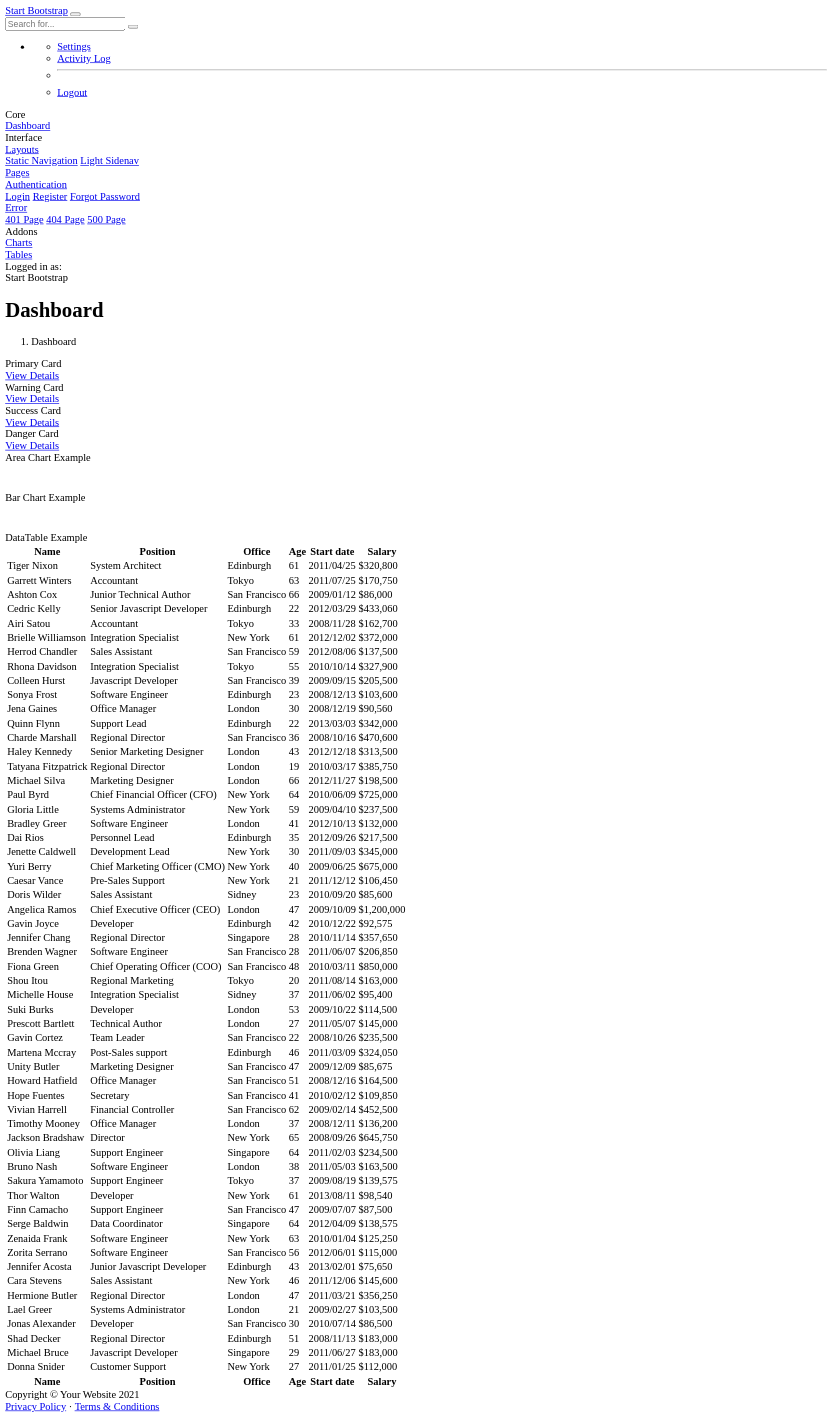
Repository: kubon9xhd/SpringMVC
Page: http://localhost/spring-mvc/WEB-INF/views/admin/home.jsp
An editor plug-in stored every save of this project. The page is shown before and after the next save, followed by the edit.
The browser window is 1280 px wide. The pictures show the whole page, at 65% of full size.
The page is served by Tomcat 9. Nobody is signed in. The template is opened directly, without the code that normally fills it, so the values that code supplies are empty.

Above is the page before, as saved 2021-06-05 14:20:59.

After the next save:
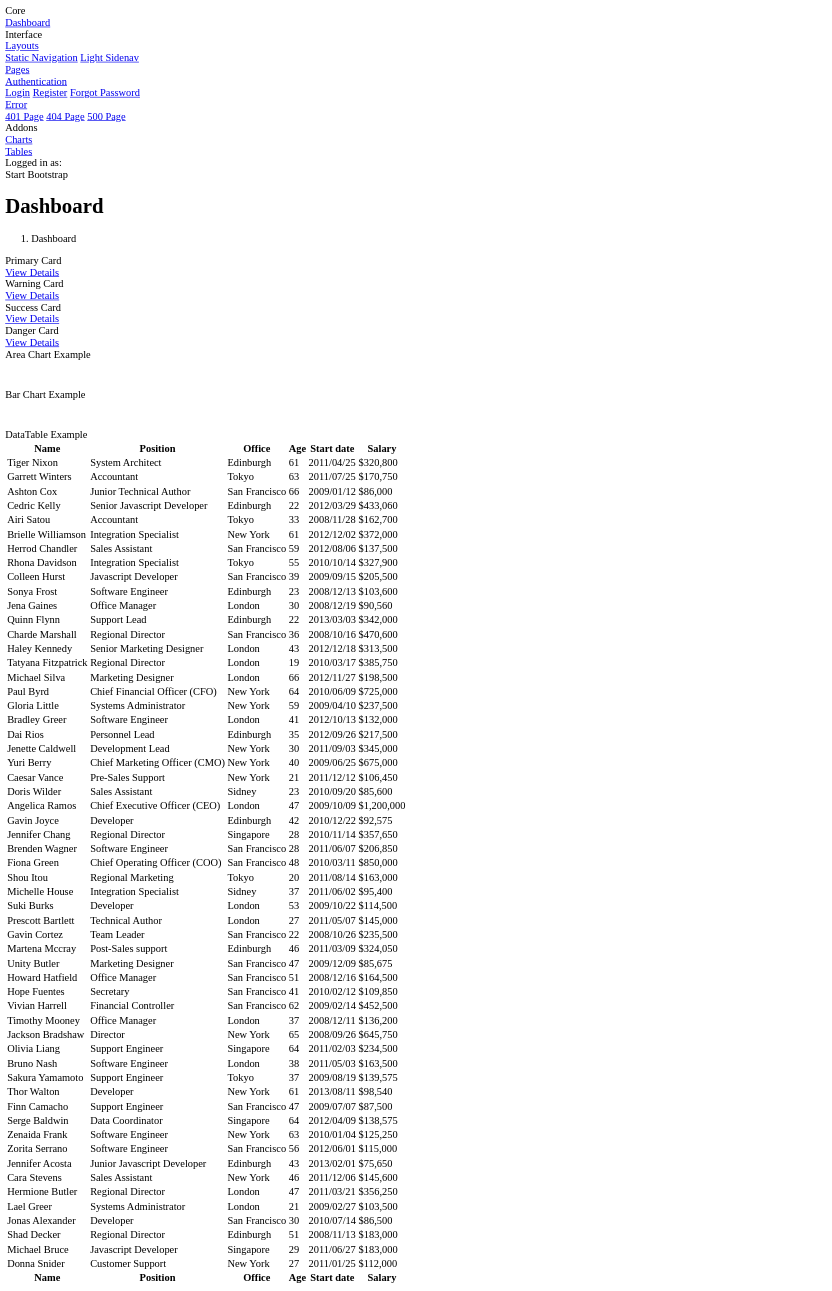
Saved 53 s later.
--- a/spring-mvc/src/main/webapp/WEB-INF/views/admin/home.jsp
+++ b/spring-mvc/src/main/webapp/WEB-INF/views/admin/home.jsp
@@ -13,40 +13,6 @@
 </head>
 
 <body>
-	<nav class="sb-topnav navbar navbar-expand navbar-dark bg-dark">
-		<!-- Navbar Brand-->
-		<a class="navbar-brand ps-3" href="index.html">Start Bootstrap</a>
-		<!-- Sidebar Toggle-->
-		<button class="btn btn-link btn-sm order-1 order-lg-0 me-4 me-lg-0"
-			id="sidebarToggle" href="#!">
-			<i class="fas fa-bars"></i>
-		</button>
-		<!-- Navbar Search-->
-		<form
-			class="d-none d-md-inline-block form-inline ms-auto me-0 me-md-3 my-2 my-md-0">
-			<div class="input-group">
-				<input class="form-control" type="text" placeholder="Search for..."
-					aria-label="Search for..." aria-describedby="btnNavbarSearch" />
-				<button class="btn btn-primary" id="btnNavbarSearch" type="button">
-					<i class="fas fa-search"></i>
-				</button>
-			</div>
-		</form>
-		<!-- Navbar-->
-		<ul class="navbar-nav ms-auto ms-md-0 me-3 me-lg-4">
-			<li class="nav-item dropdown"><a
-				class="nav-link dropdown-toggle" id="navbarDropdown" href="#"
-				role="button" data-bs-toggle="dropdown" aria-expanded="false"><i
-					class="fas fa-user fa-fw"></i></a>
-				<ul class="dropdown-menu dropdown-menu-end"
-					aria-labelledby="navbarDropdown">
-					<li><a class="dropdown-item" href="#!">Settings</a></li>
-					<li><a class="dropdown-item" href="#!">Activity Log</a></li>
-					<li><hr class="dropdown-divider" /></li>
-					<li><a class="dropdown-item" href="#!">Logout</a></li>
-				</ul></li>
-		</ul>
-	</nav>
 	<div id="layoutSidenav">
 		<div id="layoutSidenav_nav">
 			<nav class="sb-sidenav accordion sb-sidenav-dark"
@@ -716,18 +682,6 @@
 					</div>
 				</div>
 			</main>
-			<footer class="py-4 bg-light mt-auto">
-				<div class="container-fluid px-4">
-					<div
-						class="d-flex align-items-center justify-content-between small">
-						<div class="text-muted">Copyright &copy; Your Website 2021</div>
-						<div>
-							<a href="#">Privacy Policy</a> &middot; <a href="#">Terms
-								&amp; Conditions</a>
-						</div>
-					</div>
-				</div>
-			</footer>
 		</div>
 	</div>
 </body>
